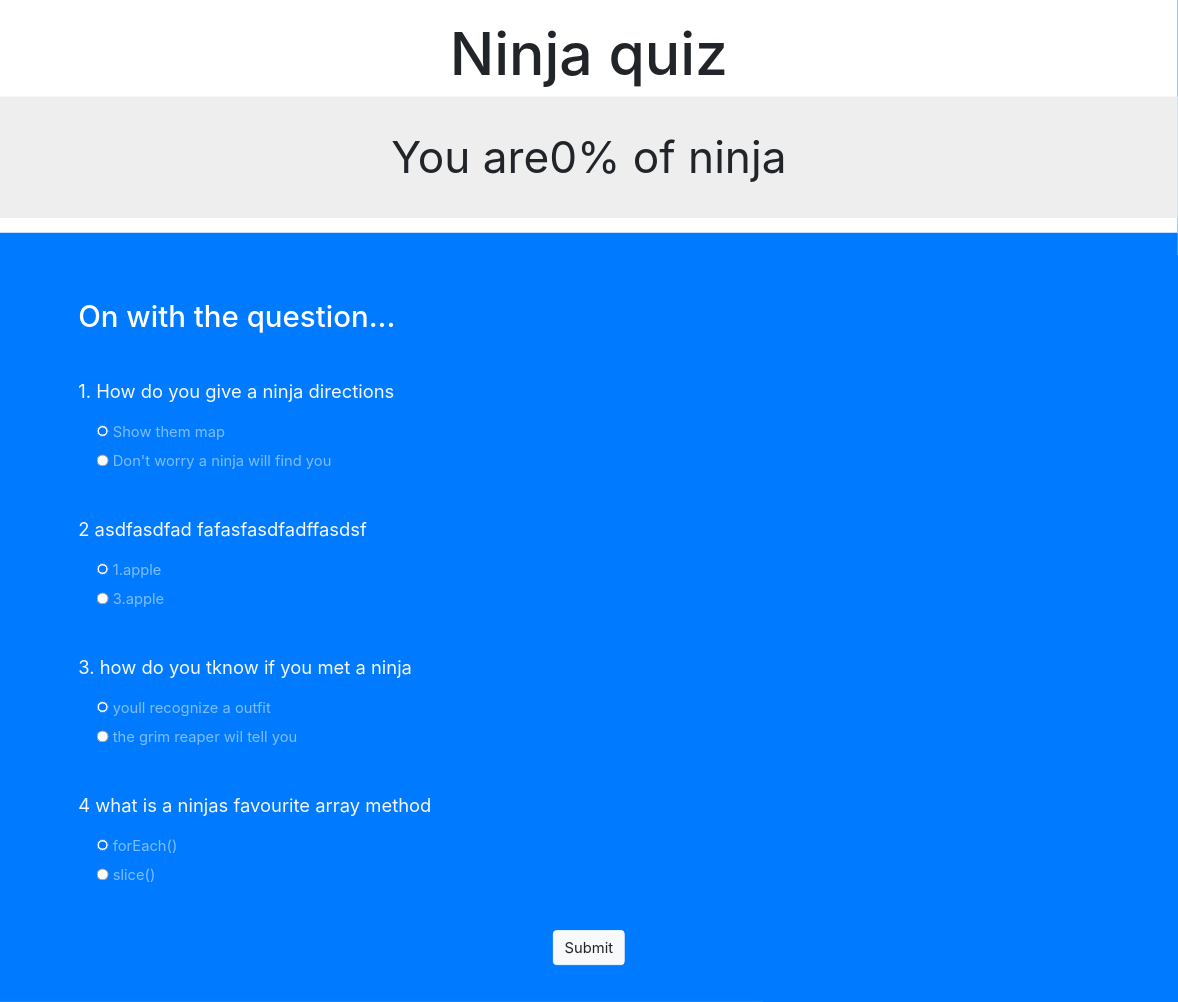
Repository: ajgors/config
Page: Nauka Js/Projekty/Quiz/index.html
An editor plug-in stored every save of this project. The page is shown before and after a run of saves, followed by the edit.
The browser window is 1280 px wide. The pictures show the whole page, at 92% of full size.

Above is the page before, as saved 2019-08-11 18:16:36.

After the next 2 saves:
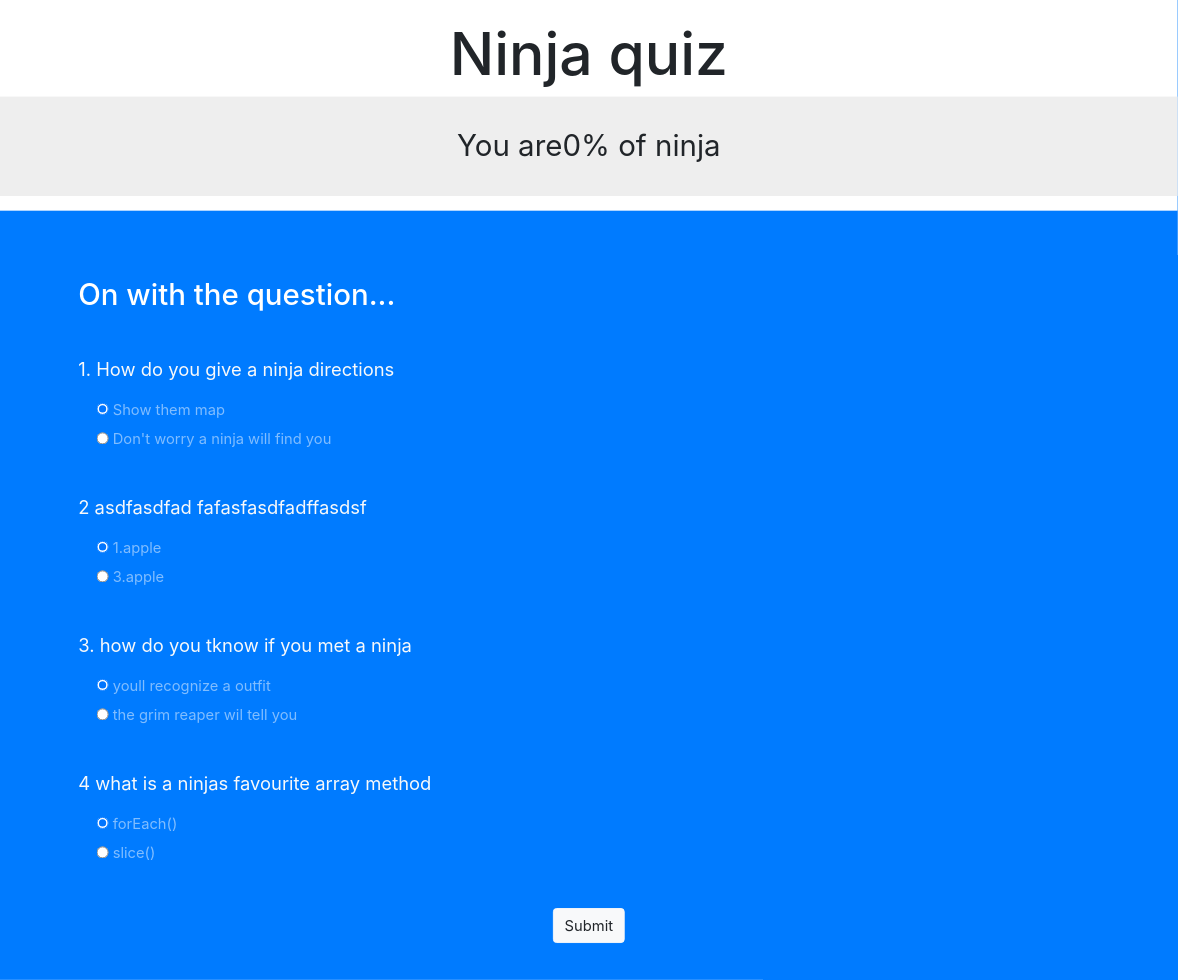
The 2 saves are shown as one change because they came seconds apart.
The last was saved 13 s later.
--- a/Nauka Js/Projekty/Quiz/css.css
+++ b/Nauka Js/Projekty/Quiz/css.css
@@ -10,5 +10,8 @@
 .result__paragraph{
     text-align: center;
     padding: 30px;
-    font-size: 3em
+    font-size: 2em
 }
+.result__span{
+
+}
